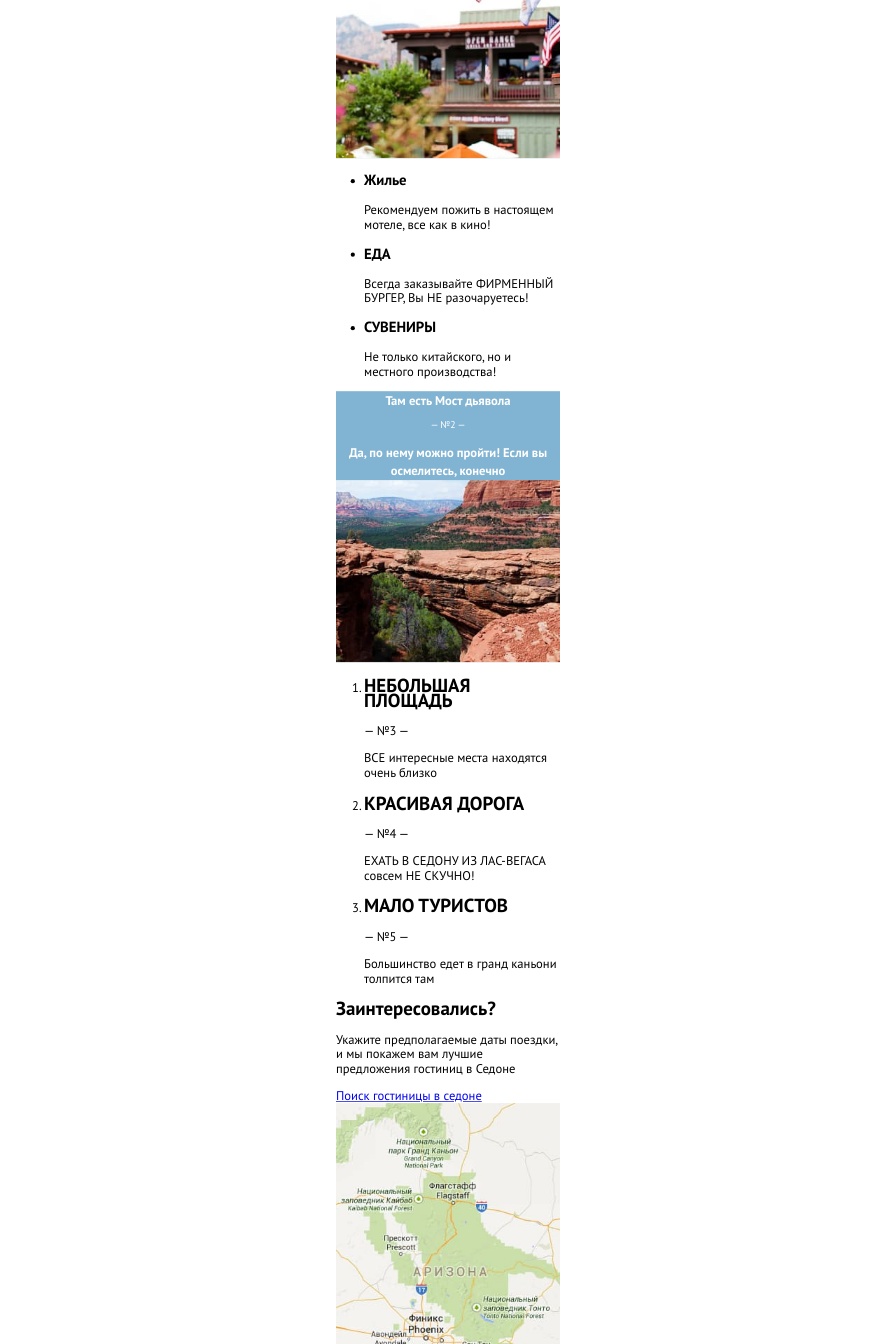
Repository: iKrekus/2149661-sedona-27
Page: source/index.html
These files come from the project's save history. The page is drawn as it stood at one moment and after the next save; the edit follows.
The browser window is 1280 px wide. The pictures show the part of the page from y = 877 to 2797 px (the page is 2924 px tall before and 2972 px after), at 70% of full size.
The style sheet was rebuilt from its Sass, Less or Tailwind sources for each picture, by a compiler version that may differ from the author's.

Above is the page before, as saved 2022-12-05 11:01:03.

After the next save:
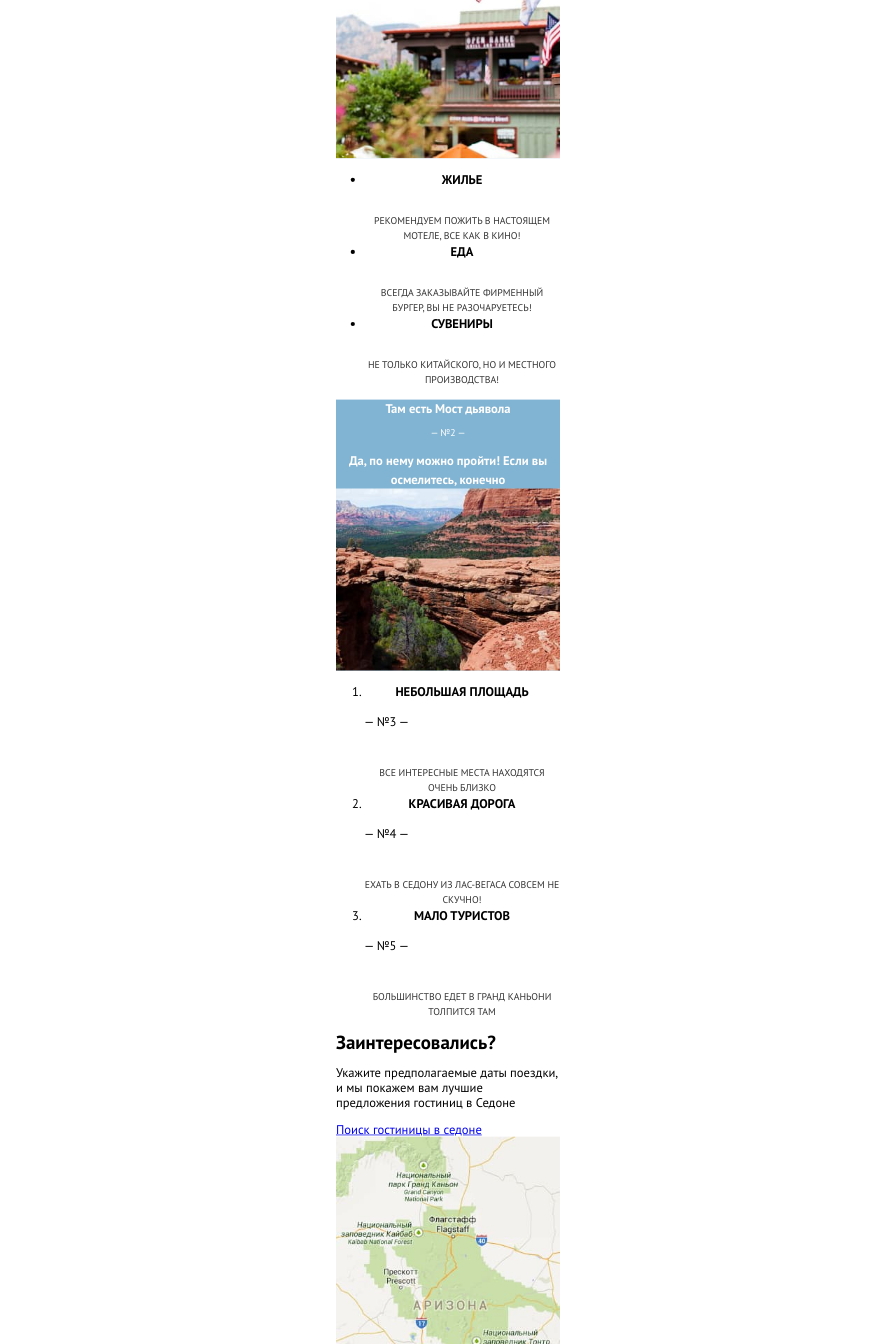
Saved 3 min 7 s later.
--- a/source/sass/blocks/body/advantages.scss
+++ b/source/sass/blocks/body/advantages.scss
@@ -1,35 +1,17 @@
 @use "../mixins.scss" as mixin;
 @use "../variables.scss" as var;
 
-.hero-block {
-  position: relative;
+.advantages {
 
-  &::before {
-    content: " ";
-    display: block;
-    min-height: 389px;
-    width: 100%;
-    background: url("../img/bacgrounds/divider.svg") no-repeat center bottom, url("../img/bacgrounds/hero-title.svg") no-repeat center 51px, #d3e4ee url("../img/bacgrounds/background-hero-mobile.jpg") no-repeat center;
-  }
-
-  &::after {
-    content: "";
-    display: block;
-    position: absolute;
-    height: 37px;
-    bottom: -37px;
-    width: 100%;
-    background: url("../img/bacgrounds/divider-bottom.svg") no-repeat center bottom;
-  }
 }
 
-.hero-text-wrapper {
+.advantages-wrapper {
   padding: 0 30px;
   padding-top: 32px;
   position: relative;
 }
 
-.hero-block__title {
+.advantages__title {
   text-transform: uppercase;
   text-align: center;
 
@@ -38,7 +20,7 @@
   margin: 0;
 }
 
-.hero-block__description {
+.advantages__description {
   padding-top: 35px;
   text-transform: uppercase;
   text-align: center;
